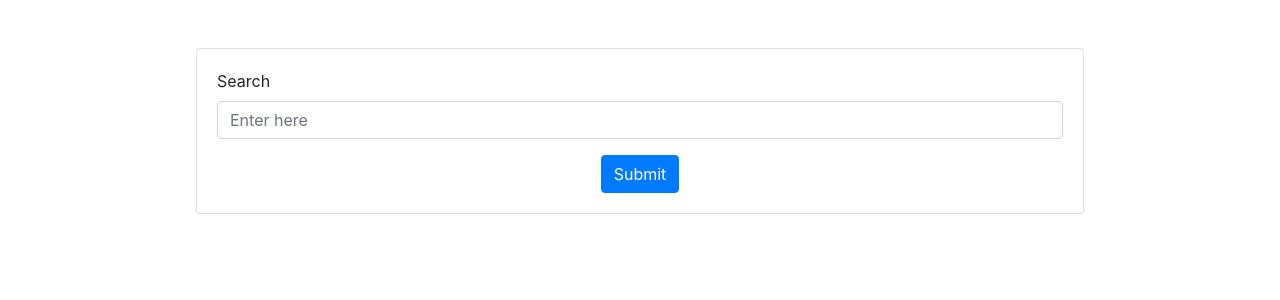
Repository: parvaizsajad/SpringFrameWork
Page: http://localhost/com.springMvc.search/home
The author's editor kept a copy of each file at every save. The page is drawn from the files as they stood at one save, then again after the next save.
The browser window is 1280 px wide. The pictures show the whole page.
Some web libraries are served in a nearby version. The page is served by Tomcat 9.

Above is the page before, as saved 2021-09-10 09:31:14.

After the next save:
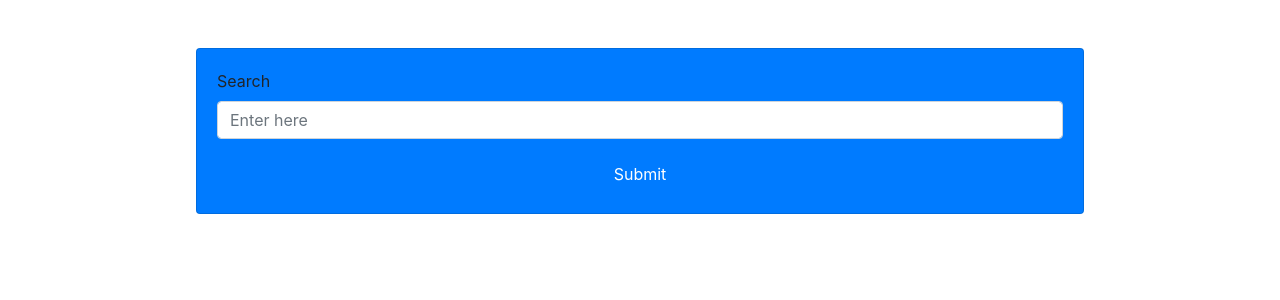
Saved 30 s later.
--- a/com.springMvc.search/src/main/webapp/WEB-INF/views/home.jsp
+++ b/com.springMvc.search/src/main/webapp/WEB-INF/views/home.jsp
@@ -15,7 +15,7 @@
   <body>
 <div class="container">
 
-<div class="card mx-auto mt-5" style="width: 80%">
+<div class="card mx-auto mt-5 bg-primary" style="width: 80%">
 <div class="card-body">
 
 <form>
